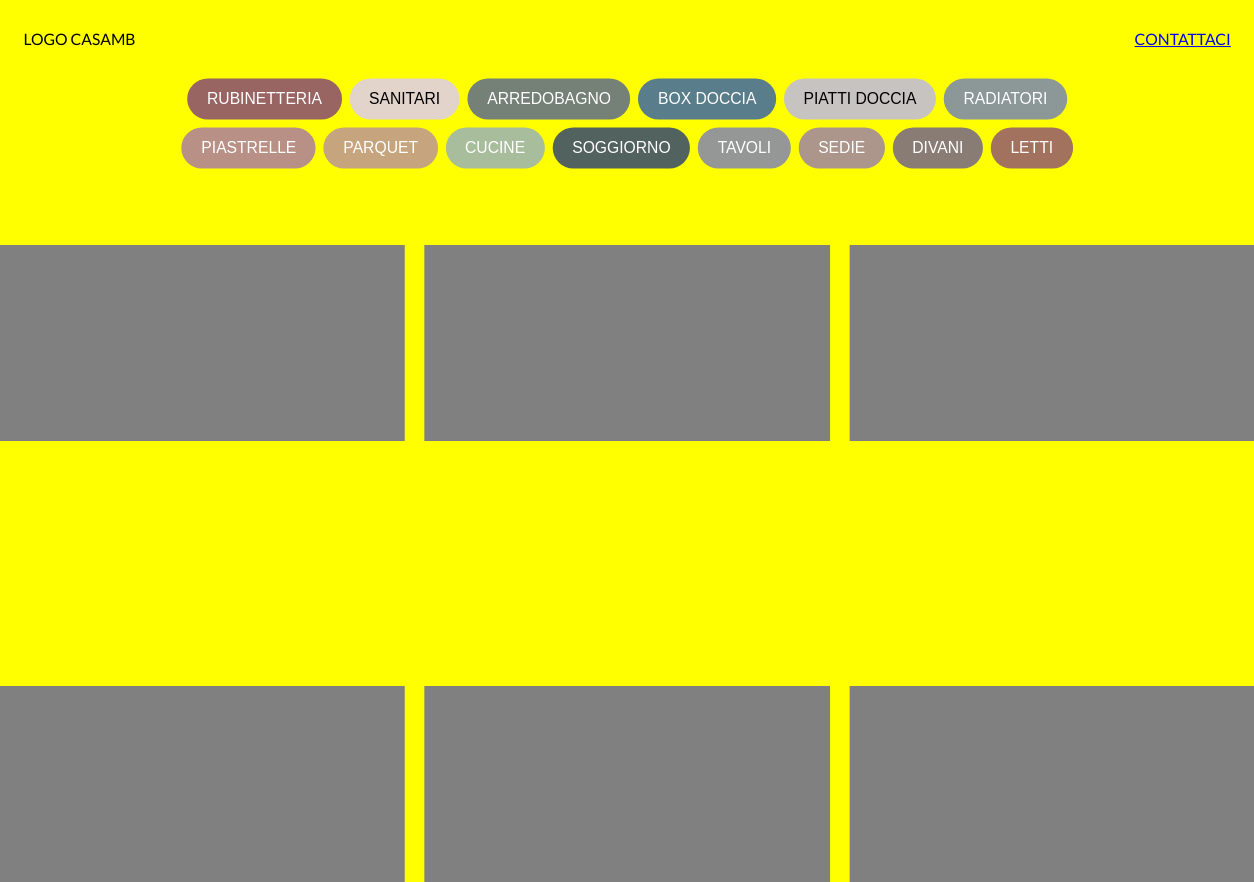
Repository: nicolorz/casamb
Page: /
These files come from the project's save history. The page is drawn as it stood at one moment and after a run of saves; the edit follows.
The browser window is 1280 px wide. The pictures show the whole page, at 98% of full size.
The project was rebuilt for these pictures with package versions that can differ from the ones it lists, and the page was loaded fresh each time. Also part of the build but not shown: src/index.css, src/App.css.

Above is the page before, as saved 2023-07-19 14:23:15.

After the next 2 saves:
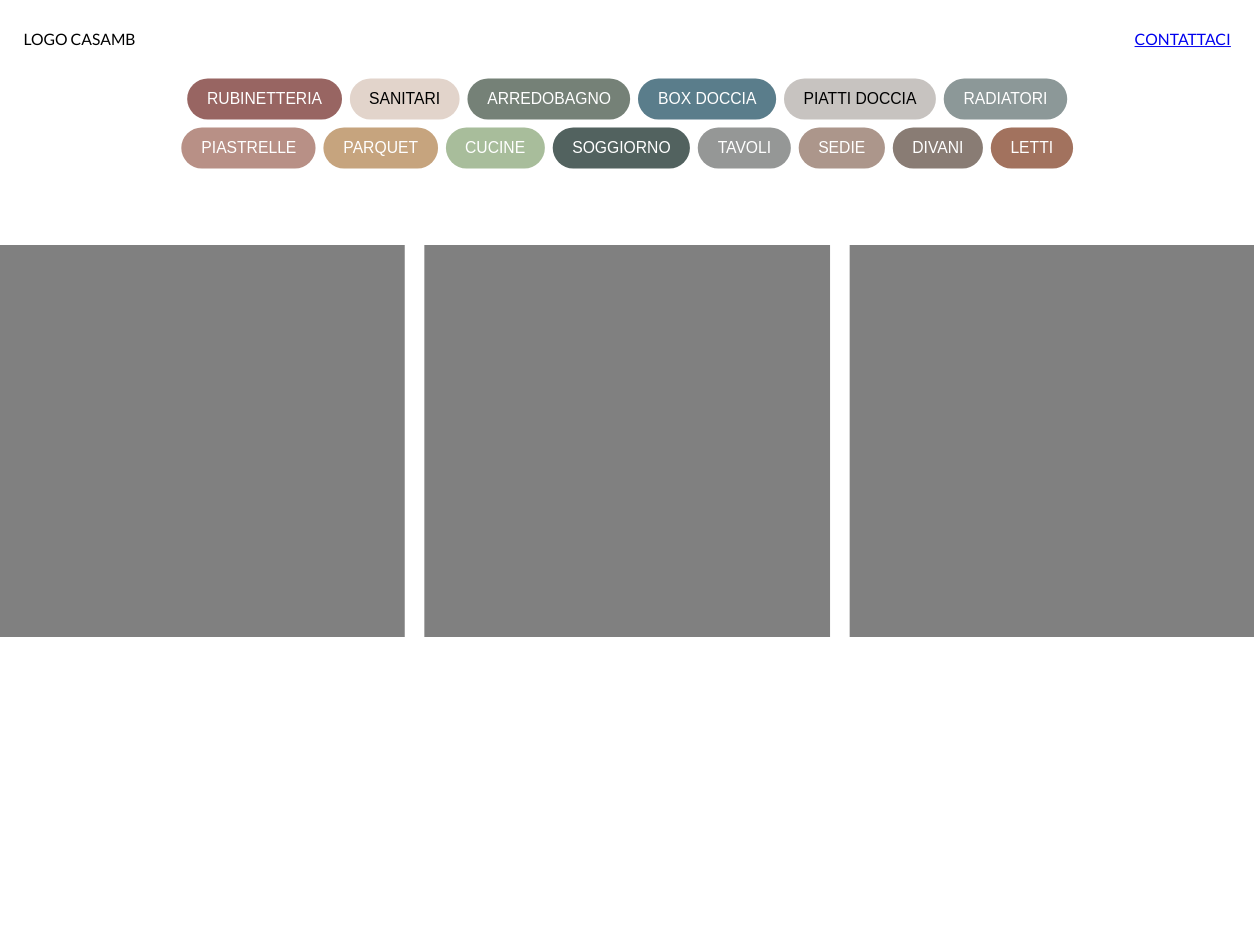
The 2 saves are shown as one change because they came seconds apart.
The last was saved 25 s later.
--- a/src/components/CardWrapper/CardWrapper.css
+++ b/src/components/CardWrapper/CardWrapper.css
@@ -1,6 +1,6 @@
 .card-wrapper {
     width: 100%;
-    background-color: yellow;
+    margin-top: 250px;
     display: grid;
     grid-template-columns: repeat(3, 1fr);
     column-gap: 20px;
@@ -9,6 +9,5 @@
 .card-item {
     width: 100%;
     height: 200px;
-    margin-top: 250px;
     background-color: grey;
 }
